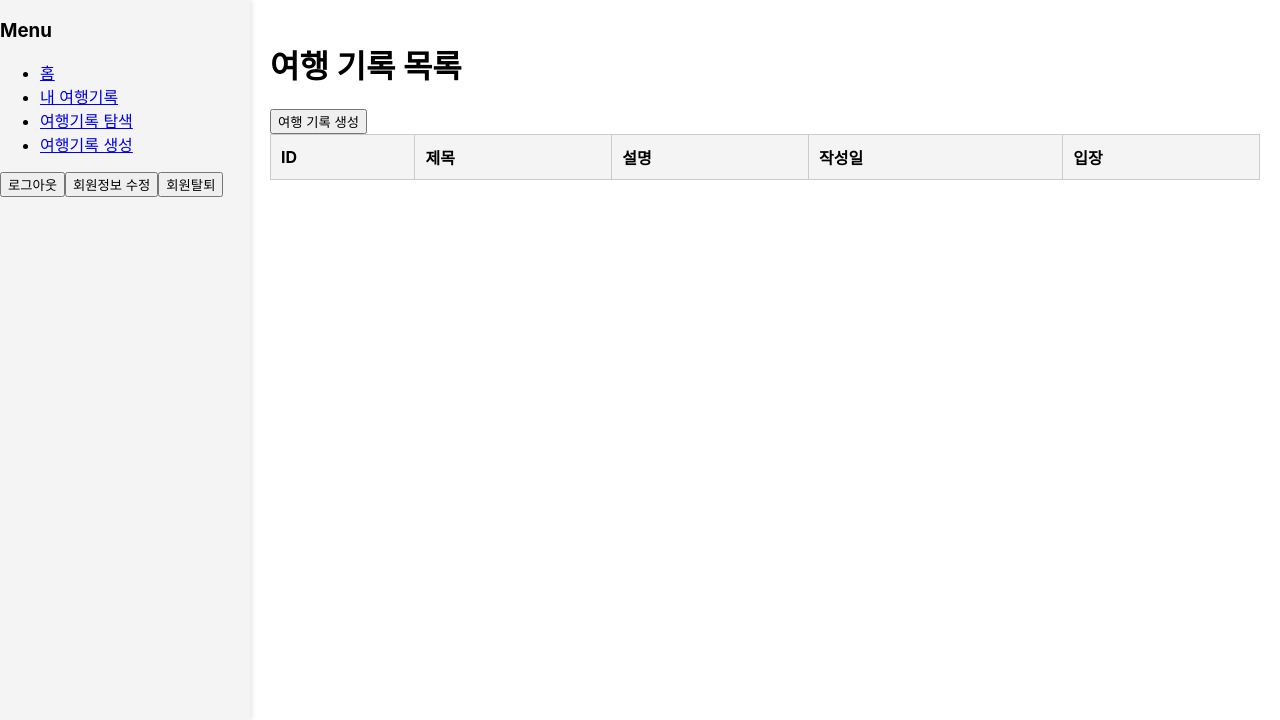
Repository: gimm5550/frontend2
Page: /mainlist
These files come from the project's save history. The page is drawn as it stood at one moment and after the next save; the edit follows.
The browser window is 1280 px wide. The pictures show the whole page.
The page's requests for data from a server got no answer. The project was rebuilt for these pictures with package versions that can differ from the ones it lists, and the page was loaded fresh each time. No one was signed in, and anything a server would have sent is missing. Also part of the build but not shown: src/url.js, src/components/common/KakaoLoginButton.js, src/components/FromServer.js, src/components/common/Footer.js, src/components/common/Header.js, src/components/layout/LandingPageLayout.js, src/components/LoginForm.js, src/components/layout/LoginFormLayout.js and 22 more.

Above is the page before, as saved 2024-11-20 15:35:34.

### public/index.html
<!DOCTYPE html>
<html lang="en">
  <head>
    <meta charset="utf-8" />
    <link rel="icon" href="%PUBLIC_URL%/favicon.ico" />
    <meta name="viewport" content="width=device-width, initial-scale=1" />
    <meta name="theme-color" content="#000000" />
    <meta
      name="description"
      content="Web site created using create-react-app"
    />
    <link rel="apple-touch-icon" href="%PUBLIC_URL%/logo192.png" />
    <!--
      manifest.json provides metadata used when your web app is installed on a
      user's mobile device or desktop. See https://developers.google.com/web/fundamentals/web-app-manifest/
    -->
    <link rel="manifest" href="%PUBLIC_URL%/manifest.json" />
    <!--
      Notice the use of %PUBLIC_URL% in the tags above.
      It will be replaced with the URL of the `public` folder during the build.
      Only files inside the `public` folder can be referenced from the HTML.

      Unlike "/favicon.ico" or "favicon.ico", "%PUBLIC_URL%/favicon.ico" will
      work correctly both with client-side routing and a non-root public URL.
      Learn how to configure a non-root public URL by running `npm run build`.
    -->
    <title>React App</title>
    <script src="https://developers.kakao.com/sdk/js/kakao.min.js"></script> <!-- 카카오 SDK 추가 -->
  </head>
  <body>
    <noscript>You need to enable JavaScript to run this app.</noscript>
    <div id="root"></div>
    <!--
      This HTML file is a template.
      If you open it directly in the browser, you will see an empty page.

      You can add webfonts, meta tags, or analytics to this file.
      The build step will place the bundled scripts into the <body> tag.

      To begin the development, run `npm start` or `yarn start`.
      To create a production bundle, use `npm run build` or `yarn build`.
    -->
  </body>
</html>

### src/index.js
import React from 'react';
import ReactDOM from 'react-dom/client';
import './index.css';
import App from './App';
import reportWebVitals from './reportWebVitals';
import { BrowserRouter } from 'react-router-dom';
// 카카오 SDK 초기화
if (window.Kakao) {
  window.Kakao.init("629a046bf0fa611328bd69bc1571aa3a"); // 카카오 JavaScript 키로 SDK 초기화
  console.log("Kakao SDK initialized:", window.Kakao.isInitialized());
}
const root = ReactDOM.createRoot(document.getElementById('root'));
root.render(
  <React.StrictMode>
    <BrowserRouter>
      <App />
    </BrowserRouter>
  </React.StrictMode>
);

// If you want to start measuring performance in your app, pass a function
// to log results (for example: reportWebVitals(console.log))
// or send to an analytics endpoint. Learn more: https://bit.ly/CRA-vitals
reportWebVitals();

### src/App.js
import React from 'react';
import './App.css';
import { Route, Routes, useLocation } from 'react-router-dom';
import LandingPageLayout from './components/layout/LandingPageLayout';
import routes from './routes';
import { AuthProvider } from './AuthContext'; // AuthProvider import
import MenuBar from "./components/common/MenuBar";

function App() {
  const location = useLocation(); // React Router의 useLocation 훅 사용

  const getRoutes = (allRoutes) =>
    allRoutes.map((route) => {
      if (route.route) {
        return (
          <Route
            exact
            path={route.route}
            element={route.component}
            key={route.key}
          />
        );
      }
      return null;
    });

  return (
    <div className="App">
      <AuthProvider>
        {/* Flexbox 컨테이너 */}
        <div className="layout">
          <div class="menu-bar">
            <MenuBar></MenuBar>
          </div>
          {/* 오른쪽 본문 */}
          <div className="main-content1">
            <Routes>
              {getRoutes(routes)}
              <Route path="*" element={<LandingPageLayout />} />
            </Routes>
          </div>
        </div>
      </AuthProvider>
    </div>
  );
}

export default App;

### src/App.css
/* 전체 Flexbox 레이아웃 */
.layout {
  display: flex; /* 메뉴바와 본문을 가로로 배치 */
  height: 100vh; /* 전체 화면 높이 */
  margin: 0;
  padding: 0;
  overflow: hidden; /* 스크롤바 숨김 */
}

/* 메뉴바 스타일 */
.menu-bar {
  flex-shrink: 0; /* 고정된 크기 유지 */
  width: 250px;
  height: 100vh; /* 메뉴바 높이를 화면 전체에 맞춤 */
  background-color: #f4f4f4; /* 메뉴바 배경색 */
  box-shadow: 2px 0 5px rgba(0, 0, 0, 0.1); /* 그림자 효과 */
  overflow-y: auto; /* 스크롤 가능 */
  box-sizing: border-box; /* 패딩 포함 크기 계산 */
  position: relative; /* Flexbox 레이아웃 안에서 위치 고정 */
  z-index: 10; /* 다른 요소 위에 배치 */
}

/* 본문 영역 스타일 */
.main-content1 {
  flex: 1; /* 남은 공간을 유동적으로 채움 */
  overflow-y: auto; /* 세로 스크롤 허용 */
  padding: 20px; /* 내부 여백 */
  background-color: #ffffff; /* 본문 배경색 */
  box-sizing: border-box; /* 패딩 포함 크기 계산 */
}

/* 여백 제거 */
body, html {
  margin: 0;
  padding: 0;
  width: 100%;
  height: 100%;
}

### src/routes.js
import LoginFormLayout from "./components/layout/LoginFormLayout";
import UserDetailLayout from "./components/layout/UserDetailLayout";
import RegisterFormLayout from "./components/layout/RegisterFormLayout";
import MainListLayout from "./components/layout/MainListLayout"; // community_detail
import CommunityDetailLauout from "./components/layout/community_detailLayout";
import NewCommunityLayout from "./components/layout/NewCommunityLayout";
import CommunityViewLayout from "./components/layout/CommunityViewLayout"; // AdminClient
import AdminClientLayout from "./components/layout/AdminClientLayout";
import EditFormLayout from "./components/layout/EditFormLayout";
import GoogleMapLayout from "./components/layout/GoogleMapLayout"; // MyTravelLayout
import MyTravelLayout from "./components/layout/MyTravelLayout";
import MyTravelLayout_BypolylineId from "./components/layout/MyTravelLayout_BypolylineId";
import TravelLayout from "./components/layout/TravelLayout";
const routes = [
    {
        name:"UserDetail",
        key:"userDetail",
        route:"/user-detail/:userId",
        component:<UserDetailLayout></UserDetailLayout>
    },
    {
        name:"LoginForm",
        key:"loginForm",
        route:"/login",
        component:<LoginFormLayout></LoginFormLayout>
    },
    {
        name:"RegisterForm",
        key:"RegisterForm",
        route:"/register",
        component:<RegisterFormLayout></RegisterFormLayout>
    },
    {
        name:"MainList",
        key:"MainList",
        route:"/mainlist",
        component:<MainListLayout></MainListLayout>
    },
    {
        name:"community_detail",
        key:"community_detail",
        route:"/community_detail",
        component:<CommunityDetailLauout></CommunityDetailLauout>
    },
    {
        name:"new_community",
        key:"new_community",
        route:"/new_community",
        component:<NewCommunityLayout></NewCommunityLayout>
    },
    {
        name:"CommunityView",
        key:"CommunityView",
        route:"/CommunityView",
        component:<CommunityViewLayout></CommunityViewLayout>
    },
    {
        name: "CommunityView",
        key: "communityView",
        route: "/CommunityView/:id", // ID를 URL 매개변수로 받도록 수정
        component: <CommunityViewLayout></CommunityViewLayout>
    },
    {
        name: "AdminClient",
        key: "AdminClient",
        route: "/AdminClient/:id", // ID를 URL 매개변수로 받도록 수정
        component: <AdminClientLayout></AdminClientLayout>
    },
    {
        name: "community_detail",
        key: "community_detail",
        route: '/community_detail/:id', // ID를 URL 매개변수로 받도록 수정
        component: <CommunityDetailLauout></CommunityDetailLauout>
    },
    {
        name: "new_community",
        key: "new_community",
        route: '/new_community/:id', // ID를 URL 매개변수로 받도록 수정 `/CommunityView/${id}/${communityId}`
        component: <NewCommunityLayout></NewCommunityLayout>
    },
    {
        name: "new_community",
        key: "new_community",
        route: '/CommunityView/:id/:communityId',
        component: <CommunityViewLayout></CommunityViewLayout>
    },
    {
        name:"EditForm",
        key:"EditForm",
        route:"/edit_info",
        component:<EditFormLayout></EditFormLayout>
    },
    {
        name:"GoogleMap",
        route: "/GoogleMap",
        component: <GoogleMapLayout />, // GoogleMapLayout 컴포넌트 연결
        key: "google-map",
    },
    {
        name:"MyTravel",
        route: "/MyTravel",
        component: <MyTravelLayout />, // GoogleMapLayout 컴포넌트 연결
        key: "MyTravel",
    },
    {
        name:"MyTravel_BypolylineId",
        route: "/MyTravel/:polylineId",
        component: <MyTravelLayout_BypolylineId />, // GoogleMapLayout 컴포넌트 연결
        key: "MyTravel_BypolylineId",
    },
    {
        name:"Travel",
        route: "/Travel",
        component: <TravelLayout />, // GoogleMapLayout 컴포넌트 연결
        key: "Travel",
    },
]
export default routes;

### src/AuthContext.js
import React, { createContext, useContext, useState } from 'react';

const AuthContext = createContext();

export const AuthProvider = ({ children }) => {
    const [user, setUser] = useState(null); // 로그인한 사용자 정보를 저장할 상태

    const login = (userData) => {
        setUser(userData); // 로그인 시 사용자 정보 저장
    };

    const logout = () => {
        setUser(null); // 로그아웃 시 사용자 정보 초기화
    };

    return (
        <AuthContext.Provider value={{ user, login, logout }}>
            {children}
        </AuthContext.Provider>
    );
};

// 사용자 정보를 가져오는 커스텀 훅
export const useAuth = () => {
    return useContext(AuthContext);
};

### src/components/common/MenuBar.js
import React, { useState, useEffect } from "react";
import { Link } from "react-router-dom";
import "../../App.css";
import { useNavigate } from "react-router-dom";
import api from "../../api";

const MenuBar = () => {
  const [isMenuOpen, setIsMenuOpen] = useState(true);
  const [user, setUser] = useState(null);
  const navigate = useNavigate();

  const handleLogout = () => {
    console.log("로그아웃 처리");
    localStorage.removeItem("user");
    navigate("/login");
  };

  useEffect(() => {
    const userData = JSON.parse(localStorage.getItem("user"));
    setUser(userData);
  }, []);

  const handleEditProfile = () => {
    console.log("회원정보 수정 페이지로 이동");
    navigate("/edit_info");
  };

  const handleDelete = () => {
    if (window.confirm("정말로 회원탈퇴를 하시겠습니까?")) {
      console.log("회원탈퇴 진행 중...");
      api
        .deleteUser(user.id)
        .then((response) => {
          console.log("회원탈퇴 성공:", response.data);
          alert("회원탈퇴가 완료되었습니다.");
          localStorage.removeItem("user");
          navigate("/login");
        })
        .catch((error) => {
          console.error("회원탈퇴 실패:", error);
          alert("회원탈퇴 처리 중 오류가 발생했습니다.");
        });
    }
  };

  return (
    <>
      {isMenuOpen && (
        <div className="menu-bar">
          <h3 className="menu-title">Menu</h3>
          <ul className="menu-list">
            <li className="menu-item">
              <Link to="/mainlist">홈</Link>
            </li>
            <li className="menu-item">
              <Link to="/MyTravel">내 여행기록</Link>
            </li>
            <li className="menu-item">
              <Link to="/Travel">여행기록 탐색</Link>
            </li>
            <li className="menu-item">
              <Link to="/GoogleMap">여행기록 생성</Link>
            </li>
          </ul>
          <button onClick={handleLogout}>로그아웃</button>
          <button onClick={handleEditProfile}>회원정보 수정</button>
          <button onClick={handleDelete}>회원탈퇴</button>
        </div>
      )}
    </>
  );
};

export default MenuBar;

### src/components/layout/CommonLayout.js
import Footer from "../common/Footer";
import Header from "../common/Header";
import MenuBar from "../common/MenuBar"; // MenuBar 컴포넌트 추가
// <MenuBar />
export default function CommonLayout({ children }) {
  return (
    <div className="common-layout">
      <div className="main-content2">
        {children}
      </div>
    </div>
  );
}

### src/components/layout/MainListLayout.js
import MainList from "../MainList";
import CommonLayout from "./CommonLayout";
export default function MainListLayout(){
    return<div>
            <CommonLayout>
                <MainList></MainList>
            </CommonLayout>
        </div>

}

### src/components/MainList.js
import React, { useEffect, useState } from "react";
import api from '../api'; // API 모듈 import
import { useNavigate } from "react-router-dom";
import '../MainList.css'; // CSS 파일 import

export default function MainList() {
    const [travelRecords, setTravelRecords] = useState([]); // 여행 기록 상태
    const [isPopupOpen, setIsPopupOpen] = useState(false); // 팝업 상태
    const [newRecord, setNewRecord] = useState({
        title: '',
        description: ''
    }); // 새로운 여행 기록 상태
    const navigate = useNavigate();

    // 여행 기록 가져오기
    const fetchTravelRecords = () => {
        api.list() // 여행 기록 목록을 가져오는 API 호출
            .then(response => {
                console.log("response!!!:", response)
                const { data } = response.data; // 서버에서 반환된 데이터 구조를 맞춤
                setTravelRecords(data); // 데이터를 상태에 저장
            })
            .catch(err => {
                console.error("여행 기록을 가져오는 중 오류 발생:", err);
            });
    };

    useEffect(() => {
        fetchTravelRecords(); // 컴포넌트가 마운트될 때 여행 기록 목록 가져오기
    }, []);

    const handleInputChange = (e) => {
        const { name, value } = e.target;
        setNewRecord(prevState => ({
            ...prevState,
            [name]: value
        }));
    };

    const handleCreateSubmit = async () => {
        try {
            // 새로운 여행 기록 생성 API 호출
            await api.createTravelRecord(newRecord.title, newRecord.description);
            alert("여행 기록이 생성되었습니다.");
            setIsPopupOpen(false); // 팝업 닫기
            fetchTravelRecords(); // 여행 기록 목록 새로고침
        } catch (err) {
            console.error("여행 기록 생성 중 오류 발생:", err);
            alert("여행 기록 생성 중 오류가 발생했습니다.");
        }
    };

    const handleEnterCommunity = (id) => {
        navigate(`/community_detail/${id}`); // 지정된 경로로 이동
    };

    return (
        <div>
            <h1>여행 기록 목록</h1>
            <button onClick={() => setIsPopupOpen(true)}>여행 기록 생성</button> {/* 여행 기록 생성 버튼 */}
            <table>
                <thead>
                    <tr>
                        <th>ID</th>
                        <th>제목</th>
                        <th>설명</th>
                        <th>작성일</th>
                        <th>입장</th>
                    </tr>
                </thead>
                <tbody>
                    {travelRecords.map(record => (
                        <tr key={record.id}>
                            <td>{record.id}</td>
                            <td>{record.title}</td>
                            <td>{record.description}</td>
                            <td>{new Date(record.createdDate).toLocaleString()}</td>
                            <td>
                                <button onClick={() => handleEnterCommunity(record.id)}>입장</button>
                            </td>
                        </tr>
                    ))}
                </tbody>
            </table>

            {/* 팝업창 */}
            {isPopupOpen && (
                <div className="popup-overlay">
                    <div className="popup">
                        <h2>여행 기록 생성</h2>
                        <label>
                            제목:
                            <input
                                type="text"
                                name="title"
                                value={newRecord.title}
                                onChange={handleInputChange}
                            />
                        </label>
                        <label>
                            설명:
                            <textarea
                                name="description"
                                value={newRecord.description}
                                onChange={handleInputChange}
                            />
                        </label>
                        <button onClick={handleCreateSubmit}>생성</button>
                        <button onClick={() => setIsPopupOpen(false)}>취소</button>
                    </div>
                </div>
            )}
        </div>
    );
}

### src/MainList.css
table {
    width: 100%;
    border-collapse: collapse; /* 경계선 겹치지 않도록 설정 */
}

th, td {
    border: 1px solid #ccc; /* 테두리 색상 */
    padding: 10px; /* 여백 */
    text-align: left; /* 왼쪽 정렬 */
}

th {
    background-color: #f4f4f4; /* 헤더 배경색 */
}

tr:hover {
    background-color: #f1f1f1; /* 마우스 오버 시 배경색 */
}
.popup-overlay {
    position: fixed;
    top: 0;
    left: 0;
    right: 0;
    bottom: 0;
    background: rgba(0, 0, 0, 0.5); /* 반투명 배경 */
    display: flex;
    justify-content: center;
    align-items: center;
    z-index: 1000; /* 다른 요소들 위에 위치하게 */
}

.popup {
    background: white;
    padding: 20px;
    border-radius: 5px;
    box-shadow: 0 2px 10px rgba(0, 0, 0, 0.1);
}

label {
    display: block;
    margin-bottom: 10px;
}

input {
    width: 100%;
    padding: 8px;
    margin-top: 5px;
    box-sizing: border-box; /* padding 포함해서 사이즈 조정 */
}
/* MainList.css */

/* 전체 컨테이너 스타일 */
.community-view {
    max-width: 800px; /* 최대 너비 */
    margin: 20px auto; /* 중앙 정렬 */
    padding: 20px; /* 안쪽 여백 */
    border: 1px solid #e0e0e0; /* 테두리 */
    border-radius: 8px; /* 모서리 둥글게 */
    background-color: #ffffff; /* 배경색 */
    box-shadow: 0 2px 10px rgba(0, 0, 0, 0.1); /* 그림자 */
}

/* 제목 스타일 */
.community-view h1 {
    font-size: 2rem; /* 큰 제목 크기 */
    color: #333; /* 제목 색상 */
    margin-bottom: 15px; /* 아래 여백 */
}

/* 부제목 스타일 */
.community-view h2 {
    font-size: 1.5rem; /* 부제목 크기 */
    color: #555; /* 부제목 색상 */
    margin: 10px 0; /* 위아래 여백 */
}

/* 본문 스타일 */
.community-view p {
    font-size: 1rem; /* 본문 크기 */
    color: #666; /* 본문 색상 */
    line-height: 1.5; /* 줄 간격 */
    margin-bottom: 20px; /* 아래 여백 */
}

/* 댓글 목록 스타일 */
.community-view ul {
    list-style-type: none; /* 기본 목록 스타일 제거 */
    padding: 0; /* 기본 여백 제거 */
}

.community-view li {
    background-color: #f9f9f9; /* 댓글 배경 색상 */
    border: 1px solid #e0e0e0; /* 댓글 테두리 */
    border-radius: 5px; /* 댓글 모서리 둥글게 */
    padding: 10px; /* 댓글 안쪽 여백 */
    margin-bottom: 10px; /* 댓글 사이 여백 */
}

/* 댓글 작성 입력창 스타일 */
.community-view input[type="text"] {
    width: 100%; /* 너비 100% */
    padding: 10px; /* 안쪽 여백 */
    border: 1px solid #ccc; /* 테두리 */
    border-radius: 5px; /* 모서리 둥글게 */
    margin-bottom: 10px; /* 아래 여백 */
}

/* 댓글 추가 버튼 스타일 */
.community-view button {
    padding: 10px 15px; /* 안쪽 여백 */
    background-color: #4CAF50; /* 버튼 배경 색상 */
    color: white; /* 글자 색상 */
    border: none; /* 테두리 없음 */
    border-radius: 5px; /* 모서리 둥글게 */
    cursor: pointer; /* 마우스 커서 */
    transition: background-color 0.3s; /* 배경 색상 변화 효과 */
}

.community-view button:hover {
    background-color: #45a049; /* 호버 시 색상 변화 */
}

/* 오류 메시지 스타일 */
.error-message {
    color: red; /* 오류 메시지 색상 */
    font-weight: bold; /* 굵게 */
    margin-bottom: 15px; /* 아래 여백 */
}

/* MainList.css */

/* 전체 컨테이너 스타일 */
.admin-client-container {
    display: flex;
    justify-content: space-between;
    padding: 20px;
}

/* 각 목록 박스 스타일 */
.client-box {
    flex: 1;
    margin: 0 10px; /* 좌우 여백 */
    border: 1px solid #ccc;
    border-radius: 8px;
    padding: 15px;
    background-color: #f9f9f9; /* 연한 배경색 */
    box-shadow: 0 2px 4px rgba(0, 0, 0, 0.1); /* 그림자 효과 */
}

/* 제목 스타일 */
.client-box h2 {
    text-align: center;
    color: #333; /* 제목 색상 */
}

/* 목록 아이템 스타일 */
.client-item {
    display: flex;
    justify-content: space-between;
    align-items: center;
    padding: 8px 0; /* 위아래 여백 */
    border-bottom: 1px solid #eee; /* 구분선 */
}

/* 마지막 아이템 구분선 제거 */
.client-item:last-child {
    border-bottom: none;
}

/* 버튼 스타일 */
.client-item button {
    background-color: #007bff; /* 버튼 색상 */
    color: white;
    border: none;
    border-radius: 5px;
    padding: 5px 10px;
    cursor: pointer;
    transition: background-color 0.3s; /* 색상 변화 효과 */
}

.client-item button:hover {
    background-color: #0056b3; /* 호버 시 색상 변화 */
}

/* 오류 메시지 스타일 */
.error-message {
    color: red; /* 오류 메시지 색상 */
    text-align: center; /* 가운데 정렬 */
    margin-bottom: 10px; /* 아래쪽 여백 */
}

Loaded but not shown: src/index.css (common file); src/reportWebVitals.js (common file); src/api.js (245 lines, source omitted)

After the next save:
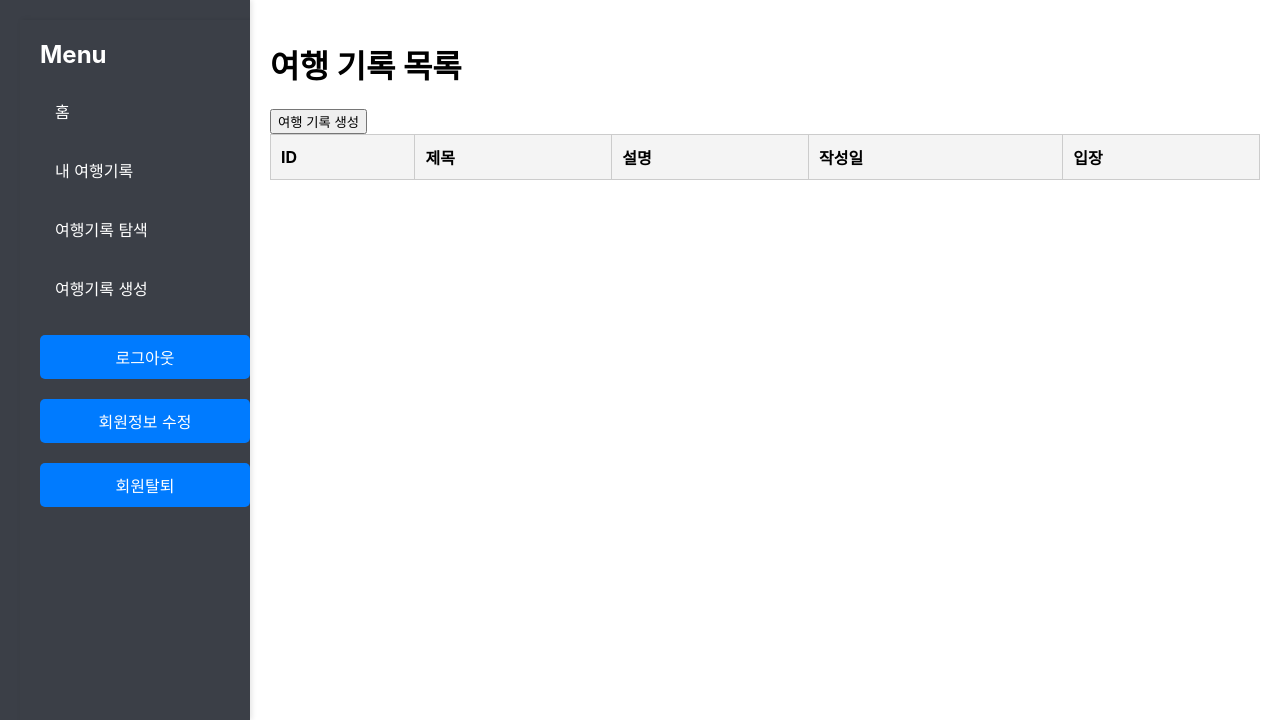
Saved 101 s later.
--- a/src/App.css
+++ b/src/App.css
@@ -10,14 +10,75 @@
 /* 메뉴바 스타일 */
 .menu-bar {
   flex-shrink: 0; /* 고정된 크기 유지 */
-  width: 250px;
+  width: 250px; /* 메뉴바 너비 */
   height: 100vh; /* 메뉴바 높이를 화면 전체에 맞춤 */
-  background-color: #f4f4f4; /* 메뉴바 배경색 */
+  background-color: #3b3f47; /* 메뉴바 배경색 */
   box-shadow: 2px 0 5px rgba(0, 0, 0, 0.1); /* 그림자 효과 */
   overflow-y: auto; /* 스크롤 가능 */
   box-sizing: border-box; /* 패딩 포함 크기 계산 */
   position: relative; /* Flexbox 레이아웃 안에서 위치 고정 */
   z-index: 10; /* 다른 요소 위에 배치 */
+  color: #ffffff; /* 메뉴바 텍스트 색상 */
+  display: flex;
+  flex-direction: column; /* 항목을 세로로 정렬 */
+  align-items: flex-start; /* 항목을 왼쪽 정렬 */
+  padding: 20px; /* 내부 여백 */
+}
+
+/* 메뉴 제목 스타일 */
+.menu-bar h3 {
+  margin: 0;
+  padding: 0;
+  font-size: 1.5rem;
+  font-weight: bold;
+  color: #ffffff; /* 제목 텍스트 색상 */
+  margin-bottom: 20px; /* 아래 여백 추가 */
+}
+
+/* 메뉴 아이템 리스트 */
+.menu-bar ul {
+  list-style: none; /* 기본 리스트 스타일 제거 */
+  padding: 0;
+  margin: 0;
+  width: 100%; /* 메뉴 리스트가 메뉴바의 전체 너비를 사용 */
+}
+
+/* 메뉴 아이템 스타일 */
+.menu-bar ul li {
+  margin-bottom: 15px; /* 각 메뉴 항목 간격 */
+}
+
+.menu-bar ul li a {
+  text-decoration: none; /* 링크 밑줄 제거 */
+  color: #ffffff; /* 링크 텍스트 색상 */
+  font-size: 1rem;
+  padding: 10px 15px; /* 링크 내부 여백 */
+  border-radius: 5px; /* 링크 모서리를 둥글게 */
+  display: block; /* 블록 요소로 설정 */
+  transition: background-color 0.3s ease; /* 배경색 전환 효과 */
+}
+
+.menu-bar ul li a:hover {
+  background-color: #5c5f67; /* 호버 시 배경색 변경 */
+  color: #ffffff; /* 호버 시 텍스트 색상 유지 */
+}
+
+/* 메뉴바 버튼 스타일 */
+.menu-bar button {
+  width: 100%; /* 버튼이 메뉴바의 전체 너비를 사용 */
+  margin: 10px 0; /* 버튼 간격 */
+  padding: 10px 15px; /* 버튼 내부 여백 */
+  font-size: 1rem;
+  color: #ffffff; /* 버튼 텍스트 색상 */
+  background-color: #007bff; /* 기본 배경색 (파란색) */
+  border: none; /* 테두리 제거 */
+  border-radius: 5px; /* 모서리를 둥글게 */
+  cursor: pointer; /* 마우스 포인터 변경 */
+  transition: background-color 0.3s ease; /* 배경색 전환 효과 */
+}
+
+.menu-bar button:hover {
+  background-color: #0056b3; /* 호버 시 배경색 어둡게 */
 }
 
 /* 본문 영역 스타일 */
